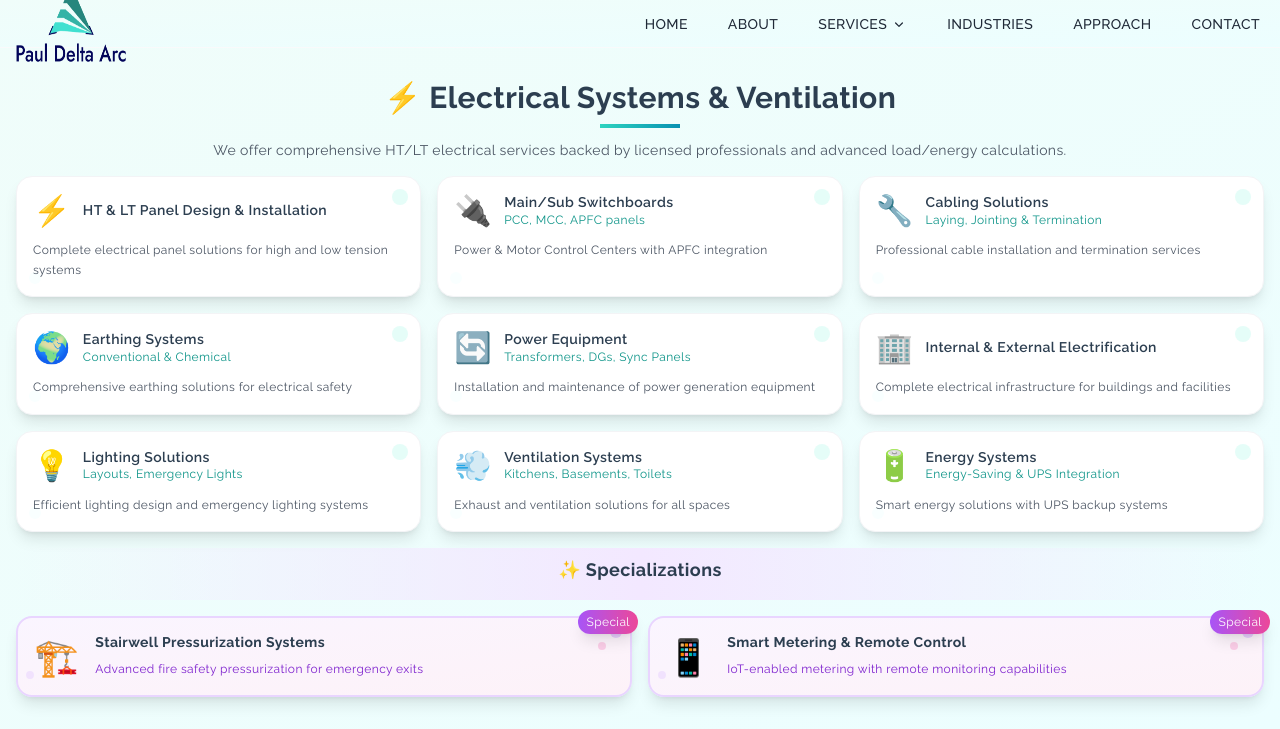
Repository: AnupriyaBiswas/PaulDeltaArc
Page: /ElectricalSystemsVentilation
An editor plug-in stored every save of this project. The page is shown before and after the next save, followed by the edit.
The browser window is 1280 px wide. The pictures show the whole page.
The project was rebuilt for these pictures with package versions that can differ from the ones it lists, and the page was loaded fresh each time. The framework's server and built-in components were replaced by stand-ins that run in the browser. Also part of the build but not shown: next.config.js.

Above is the page before, as saved 2025-07-07 19:07:38.

After the next save:
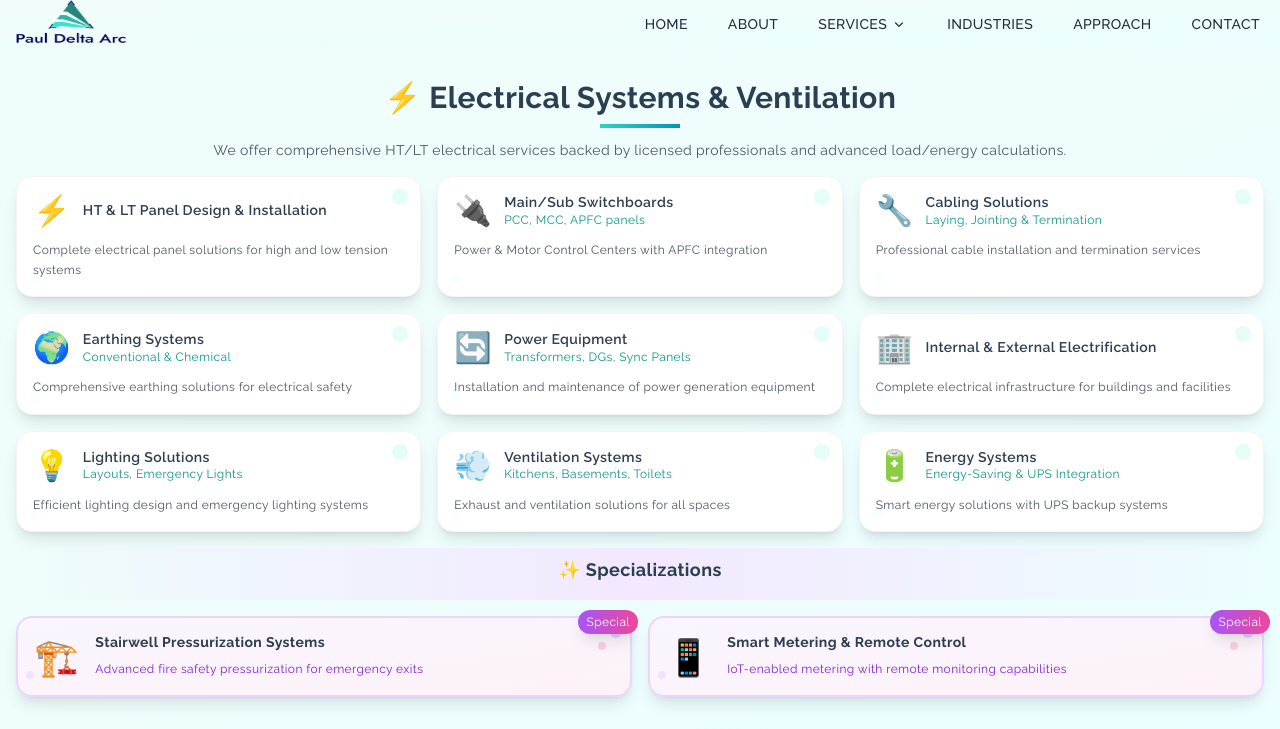
Saved 3 min 44 s later.
--- a/components/Navbar.jsx
+++ b/components/Navbar.jsx
@@ -54,7 +54,7 @@ const Navbar = () => {
               src={NavLogo}
               alt='Logo'
               width='110'
-              height='88'
+              height='47'
               className='cursor-pointer'
             />
           </a>
